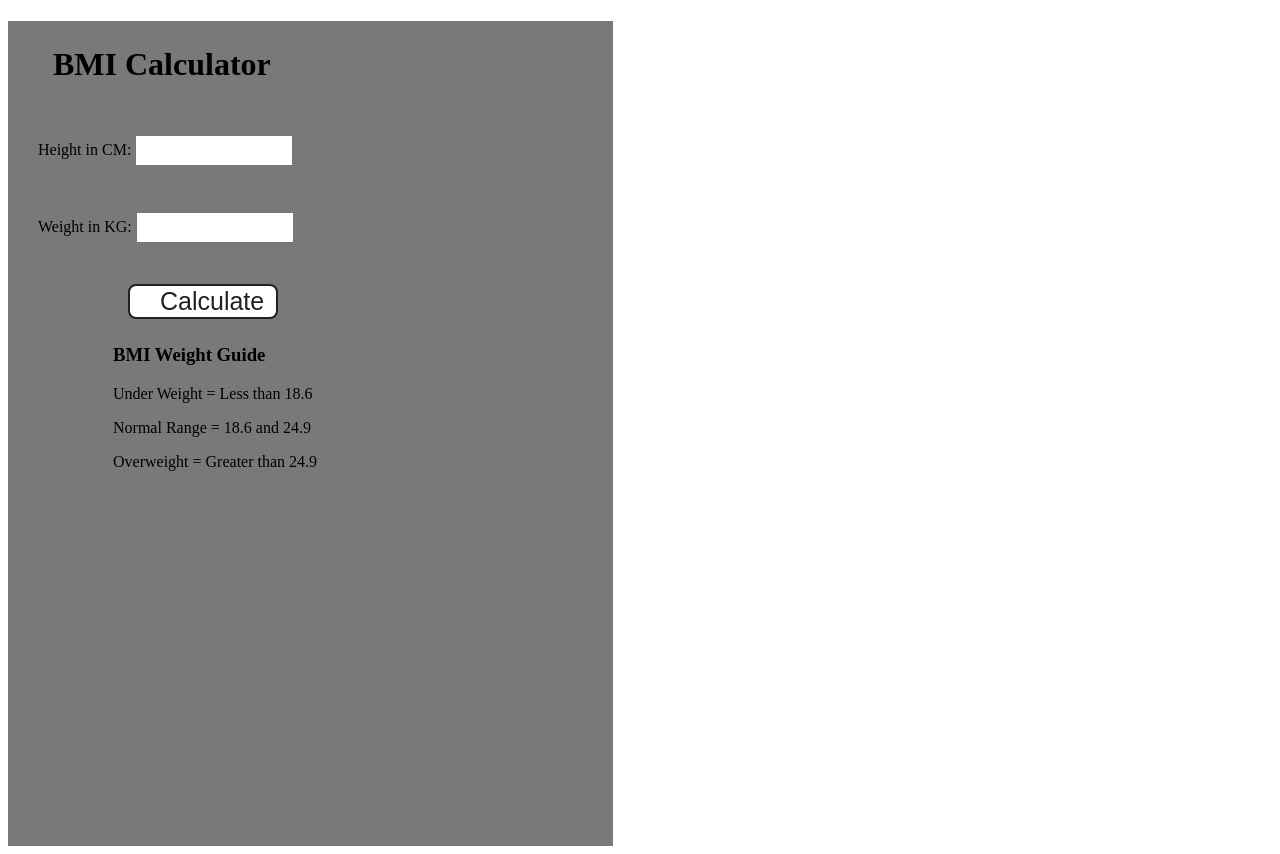
Repository: VishwaGoswami1407/JavaScript-Practice
Page: 07_projects/project2.html
The author's editor kept a copy of each file at every save. The page is drawn from the files as they stood at one save, then again after the next save.
The browser window is 1280 px wide. The pictures show the whole page.

Above is the page before, as saved 2024-07-07 18:53:14.

### 07_projects/project2.html
<!DOCTYPE html>
<html lang="en">
  <head>
    <meta charset="UTF-8" />
    <meta name="viewport" content="width=device-width, initial-scale=1.0" />
    <meta http-equiv="X-UA-Compatible" content="ie=edge" />
    <link rel="stylesheet" href="style2.css" />

    <title>BMI Calculator</title>
  </head>
  <body>
    <div class="container">
      <h1>BMI Calculator</h1>
      <form>
        <p><label>Height in CM: </label><input type="text" id="height" /></p>
        <p><label>Weight in KG: </label><input type="text" id="weight" /></p>
        <button>Calculate</button>
        <div id="results"></div>
        <div id="weight-guide">
          <h3>BMI Weight Guide</h3>
          <p>Under Weight = Less than 18.6</p>
          <p>Normal Range = 18.6 and 24.9</p>
          <p>Overweight = Greater than 24.9</p>
        </div>
      </form>
    </div>
  </body>
  <script src="project2.js"></script>
</html>

### 07_projects/style2.css
.container {
    width: 575px;
    height: 825px;

    background-color: #797978;
    padding-left: 30px;
  }
  #height,
  #weight {
    width: 150px;
    height: 25px;
    margin-top: 30px;
  }

  #weight-guide {
    margin-left: 75px;
    margin-top: 25px;
  }

  #results {
    font-size: 35px;
    margin-left: 90px;
    margin-top: 20px;
    color: rgb(241, 241, 241);
  }

  button {
    width: 150px;
    height: 35px;
    margin-left: 90px;
    margin-top: 25px;
    background-color: #fff;
    padding: 1px 30px;
    border-radius: 8px;
    color: #212121;
    text-decoration: none;
    border: 2px solid #212121;

    font-size: 25px;
  }

  h1 {
    padding-left: 15px;
    padding-top: 25px;

  }

### 07_projects/project2.js
const form = document.querySelector('form')

//this usecase will give empty values in form elements
// const height = parseInt(document.querySelector('#height').value)
form.addEventListener('submit', function(e){
    e.preventDefault()
  const height = parseInt(document.querySelector('#height').value)
  const weight = parseInt(document.querySelector('#weight').value)
  const results = document.querySelector('#results')

  if(height === '' || height < 0 || isNaN(height)){
    results.innerHTML = `please give a valid height ${height}`
  }else if(weight === '' || weight < 0 || isNaN(weight)){
    results.innerHTML = `please give a valid weight ${weight}`
  }else {
    const bmi = (weight / ((height*height)/1000)).toFixed(2)
    //show the result
    results.innerHTML = `<span>${bmi}</span>`
  }



});

After the next save:
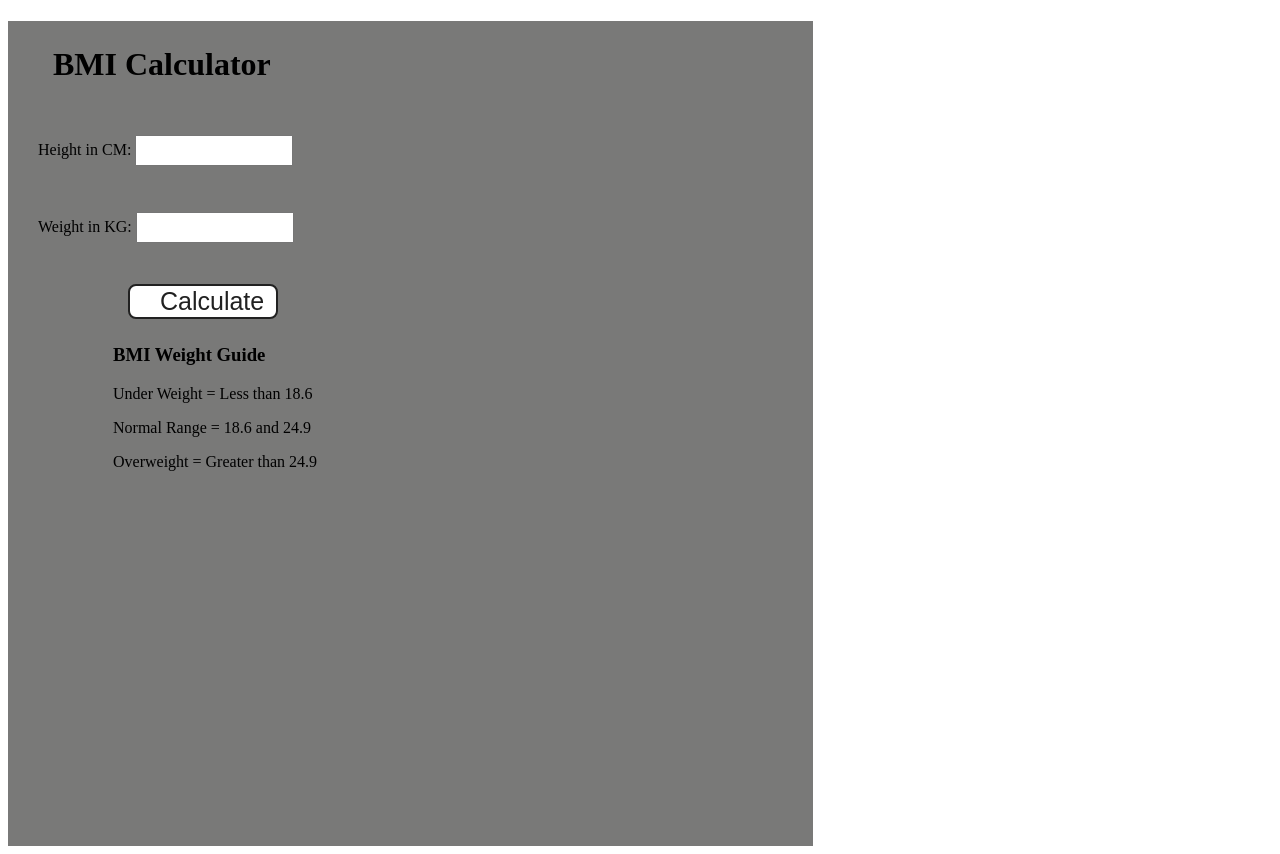
Saved 14 s later.
--- a/07_projects/style2.css
+++ b/07_projects/style2.css
@@ -1,5 +1,5 @@
 .container {
-    width: 575px;
+    width: 775px;
     height: 825px;
 
     background-color: #797978;
